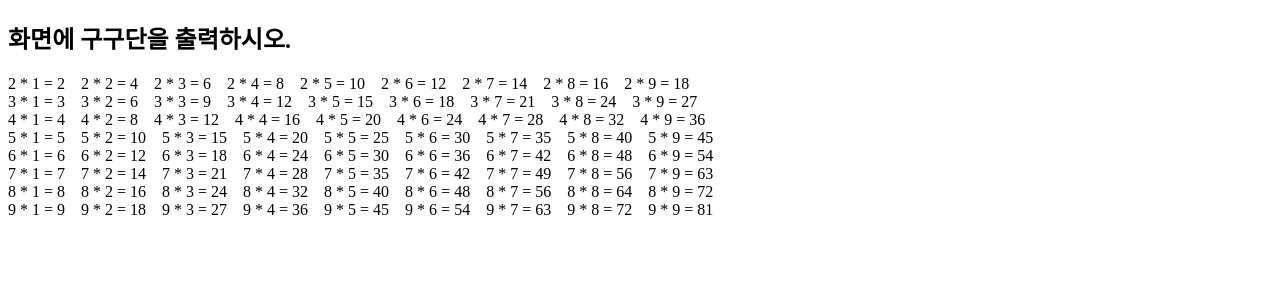
Repository: kdw1437/CreateBoardProject
Page: http://localhost/JSP2/Gugudan.jsp
An editor plug-in stored every save of this project. The page is shown before and after the next save, followed by the edit.
The browser window is 1280 px wide. The pictures show the whole page.
The page is served by Tomcat 9.

Above is the page before, as saved 2024-08-05 08:05:01.

### JSP2/src/main/webapp/Gugudan.jsp
<%@ page language="java" contentType="text/html; charset=EUC-KR"
    pageEncoding="EUC-KR"%>
<!DOCTYPE html>
<html>
<head>
<meta charset="EUC-KR">
<title>Insert title here</title>
</head>
<body>

<h2>화면에 구구단을 출력하시오.</h2>

<% //expression을 쓰기 위해 닫아준다.
	for (int i = 2; i < 10 ; i++) {
		for (int j = 1; j < 10; j++) {
%>
		<%=i  %> * <%=j %> = <%=i*j %> &nbsp;&nbsp;
<%
		}
%>
		<br>
<%
	}


%>
</body>
</html>

After the next save:
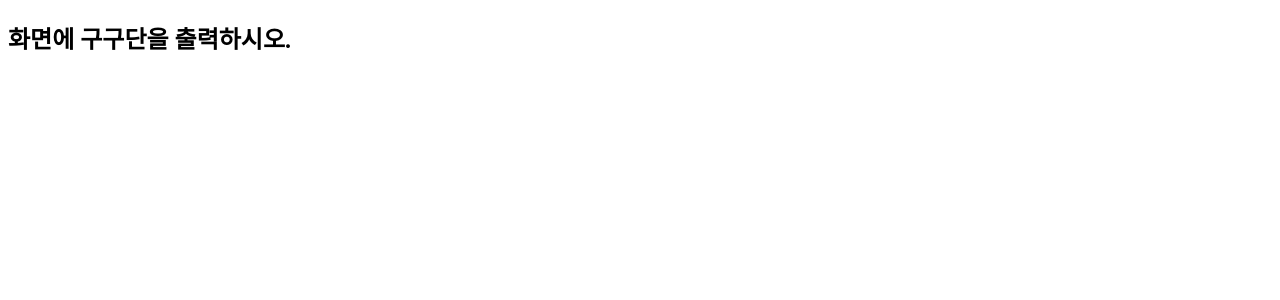
Saved 5 min 4 s later.
--- a/JSP2/src/main/webapp/Gugudan.jsp
+++ b/JSP2/src/main/webapp/Gugudan.jsp
@@ -13,13 +13,10 @@
 <% //expression을 쓰기 위해 닫아준다.
 	for (int i = 2; i < 10 ; i++) {
 		for (int j = 1; j < 10; j++) {
-%>
-		<%=i  %> * <%=j %> = <%=i*j %> &nbsp;&nbsp;
-<%
+
+
 		}
-%>
-		<br>
-<%
+
 	}
 
 
